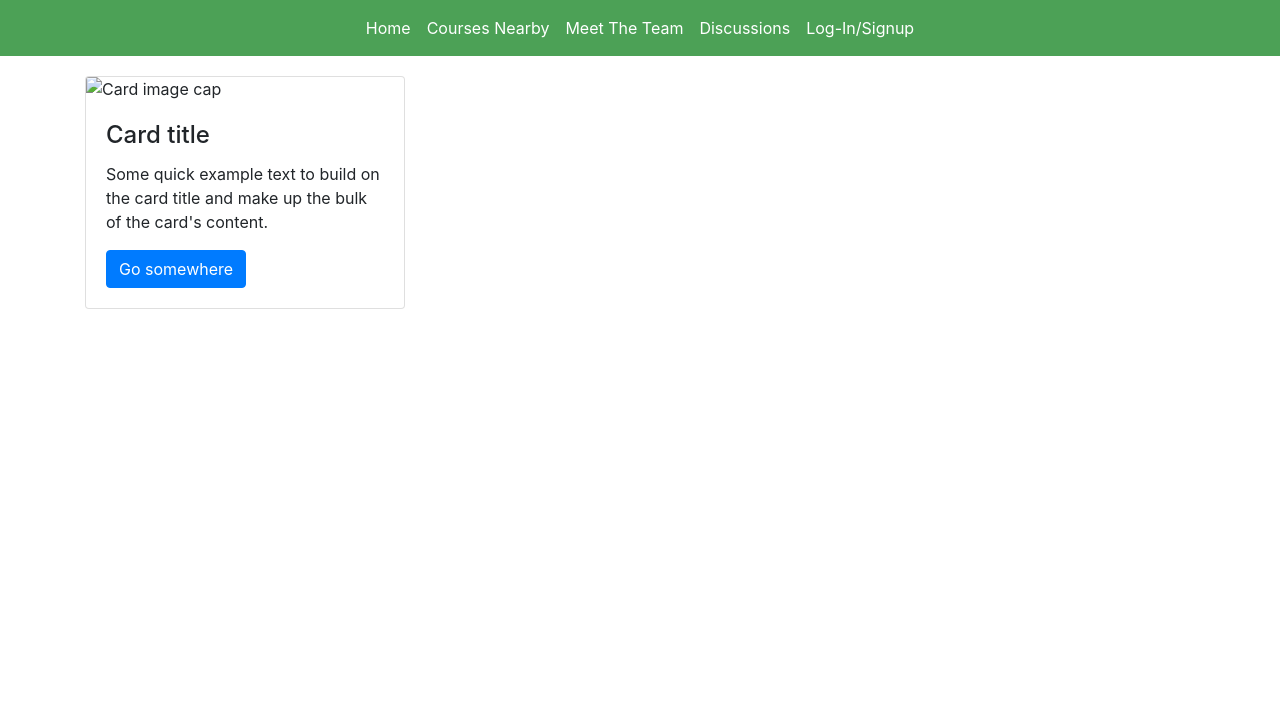
Repository: SamanthaBurnett/Hackathon2017
Page: meet_the_team.html
The author's editor kept a record of every edit. The page is drawn from the files as they stood at one moment, then again after the next edit.
The browser window is 1280 px wide. The pictures show the whole page.
Some web fonts or font styles are not loaded; a fallback is used.

Above is the page before.
Not found: ...

### meet_the_team.html
<!DOCTYPE html>
<html>
  <head>
    <title>Meet The Team</title>
	<!--Required Meta Tags-->
	<meta charset="UTF-8">
	<meta name="viewport" content="width=device-width, initial-scale=1, shrink-to-fit=no">
	<!--Bootstrap 4-->
	<link rel="stylesheet" href="https://maxcdn.bootstrapcdn.com/bootstrap/4.0.0-beta.2/css/bootstrap.min.css" integrity="sha384-PsH8R72JQ3SOdhVi3uxftmaW6Vc51MKb0q5P2rRUpPvrszuE4W1povHYgTpBfshb" crossorigin="anonymous">
	<!--Custom Styles-->
	<link rel="stylesheet" type="text/css" href="assets/stylesheets/styles.css">
  </head>
  <body>
    <nav class="navbar navbar-expand-lg navbar-light bg-light">
        <button class="navbar-toggler" type="button" data-toggle="collapse" data-target="#navbarSupportedContent" aria-controls="navbarSupportedContent" aria-expanded="false" aria-label="Toggle navigation">
            <span class="navbar-toggler-icon"></span>
        </button>

        <div class="collapse navbar-collapse justify-content-center" id="navbarSupportedContent">
            <ul class="navbar-nav">
              <li class="nav-item">
                <a class="nav-link" href="index.html">Home</a>
              </li>
              <li class="nav-item">
                <a class="nav-link" href="coursesnearby.html">Courses Nearby</a>
              </li>
              <li class="nav-item">
                  <a class="nav-link" href="meet_the_team.html">Meet The Team</a>
              </li>
              <li class="nav-item">
                  <a class="nav-link" href="discussions.html">Discussions</a>
              </li>
              <li class="nav-item">
              <a class="nav-link" href="signin.html">Log-In/Signup</a>
              </li>
            </ul>
          </div>
     </nav>
     <div class="container">
       <div class="row">
         <div class="col">
           <div class="card" style="width: 20rem;">
            <img class="card-img-top" src="..." alt="Card image cap">
            <div class="card-body">
              <h4 class="card-title">Card title</h4>
              <p class="card-text">Some quick example text to build on the card title and make up the bulk of the card's content.</p>
              <a href="#" class="btn btn-primary">Go somewhere</a>
            </div>
          </div>
         </div>
       </div>
     </div><!--container-->



  </body>
</html>

### assets/stylesheets/styles.css
@import url('https://fonts.googleapis.com/css?family=Electrolize');


.font-headings{
  font-family: 'Electrolize', sans-serif;
  color: blue;
  text-shadow: 2px 2px #FFF;
  text-align: center;
}

/*----------------------------Navigation Styles------------------------------*/
.bg-light {
    background-color: #4CA156!important;
}

.navbar-light .navbar-nav .nav-link, .navbar-light .navbar-nav .nav-link:hover {
    color: white;
}
/*------------------------------Landing Page Styles--------------------------*/

#landing-header {
    z-index: 1;
    position: relative;
    text-align: center;
    padding-top: 40vh;
		background-size: cover;
		background-repeat: no-repeat;
	    -webkit-background-size: cover;
        -moz-background-size: cover;
        -o-background-size: cover;
}

#landing-header h1, #landing-header h2 {
    color: white;
    font-size: 45px;
    text-shadow: 0px 4px 3px rgba(0,0,0,0.4),
	         0px 8px 13px rgba(0,0,0,0.1),
			 0px 18px 23px rgba(0,0,0,0.1);
}

.landingbtn, .landingbtn:hover, landingbtn:visited, landingbtn:active {
  margin-top: 10px;
  padding: 10px 40px;
  border-radius: 5px;
  margin-bottom: 20px;
  background:
		linear-gradient(
			rgba(17, 89, 28, 0.45),
			rgba(17, 148, 138, 0.50)
		);
}

.heroSlide {
  width: 100%;
  height: 100%;
  position: absolute;
  list-style: none;
  margin: 0;
  padding: 0;
}


/*.heroSlide li { */
/*  width: 100%;*/
/*  height: 100%;*/
/*  position: absolute;*/
/*  background-size: cover;*/
/*  background-repeat: no-repeat;*/
/*  opacity: 0;*/
/*  animation: imageAnimation 20s linear infinite;*/
/*}*/

.heroSlide li:nth-child(1) {
    background:
		linear-gradient(
			rgba(17, 89, 28, 0.45),
			rgba(17, 148, 138, 0.50)
		),
  url(../images/teamimg1.jpg);
  width: 100%;
  height: 100%;
  position: absolute;
  background-size: cover;
  background-repeat: no-repeat;
  opacity: 0;
  animation: imageAnimation 20s linear infinite;

}
.heroSlide li:nth-child(2) {
    background:
		linear-gradient(
			rgba(17, 89, 28, 0.45),
			rgba(17, 148, 138, 0.50)
		),
  url(../images/teamimg2.jpg);
  width: 100%;
  height: 100%;
  position: absolute;
  background-size: cover;
  background-repeat: no-repeat;
  opacity: 0;
  animation-delay: 5s;
  animation: imageAnimation 20s linear infinite;
}
.heroSlide li:nth-child(3) {
    background:
		linear-gradient(
			rgba(17, 89, 28, 0.45),
			rgba(17, 148, 138, 0.50)
		),
  url(../images/teamimg3.jpg);
  width: 100%;
  height: 100%;
  position: absolute;
  background-size: cover;
  background-repeat: no-repeat;
  opacity: 0;
  animation-delay: 10s;
  animation: imageAnimation 20s linear infinite;
}

@keyframes imageAnimation {
  0% {
    opacity: 0;
    animation-timing-function: ease-in;
  }
  10% {
    opacity: 1;
    animation-timing-function: ease-out;
  }
  20% {
    opacity: 1
  }
  30% {
    opacity: 1
  }
}

/*---------------------Index Styles--------------------------------------*/

.maincontent h1 {
  padding-bottom: 40px;
}


.WhatCanYouDo, .contentAndTrending {
    margin-top: 100px;
    margin-bottom: 100px;
}

.WhatCanYouDo i {
    color: black;
}

/*---------------------------Content and Trending Styles----------------*/

.maincontent {
    position: relative;
}

.contentAndTrending .col {
    margin: 20px;
}






/*-------------------------Meet The Team Styles----------------------------*/

.meetTheTeam h1 {
  margin-top: 30px;
}
.card {
  margin-bottom: 20px;
  margin-top: 20px;
}










/*------------------------Discussions----------------------*/
.main-box{
  margin:10px;
  height:200px;
  display:flex;
  justify-content:center;
}

.photo-box{
  margin:10px;
  padding:5px;
  height:80px;
  width:90px;
  border:2px solid #4CA156;
  display:flex;
  justify-content: flex-start;
  align-items: center;
  background-color:#FFFFFF;
}

.photo-box i {
  color: black;
  align-items: center;
}

.text-box{
  margin:10px;
  padding:10px;
  height:150px;
  width:800px;
  background-color:#FFFFFF;
  border:2px solid #4CA156;
}

/*------------------------COURSES NEARBY----------------------*/
.center-div
{
   margin: 0 auto;
   width: 100px;
}

.text-center{
  font-family:'Electrolize', sans-serif;

}


/*----------------------------Sign In Form Styles--------------------*/

.form-row {
  padding-top: 20px;
  padding-bottom: 20px;
}

.form-control:focus {
  border: 3px solid #4CA156;
  outline: none;
  box-shadow: none;
}

.maincontent h1 {
  margin-top: 30px;
}

.maincontent h4 {
  margin-bottom: 30px;
}

/*--------------------------Footer Styles-------------------------*/
footer {
    background-color: #4CA156;
}

i {
    color: white;
    padding: 30px 15px;
}

After the next edit:
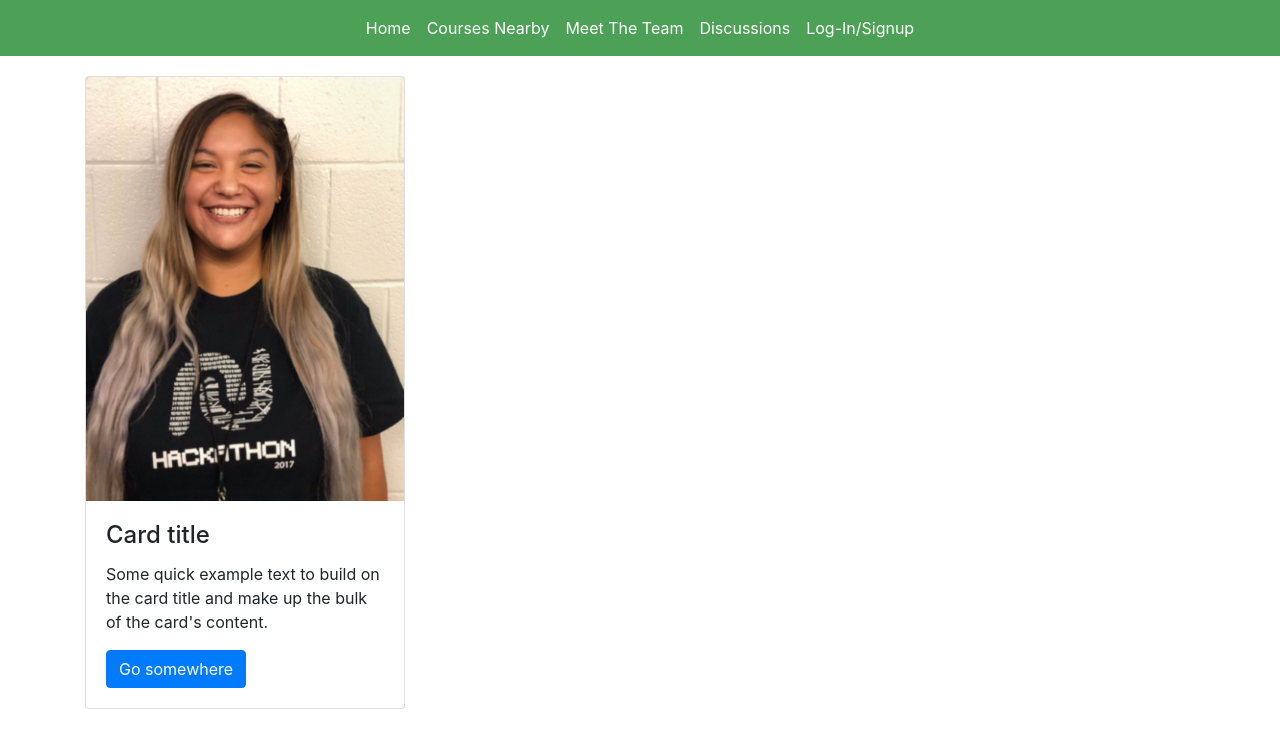
The edit:
--- a/meet_the_team.html
+++ b/meet_the_team.html
@@ -40,7 +40,7 @@
        <div class="row">
          <div class="col">
            <div class="card" style="width: 20rem;">
-            <img class="card-img-top" src="..." alt="Card image cap">
+            <img class="card-img-top" src="assets/images/Erika.JPG" alt="Card image cap">
             <div class="card-body">
               <h4 class="card-title">Card title</h4>
               <p class="card-text">Some quick example text to build on the card title and make up the bulk of the card's content.</p>
